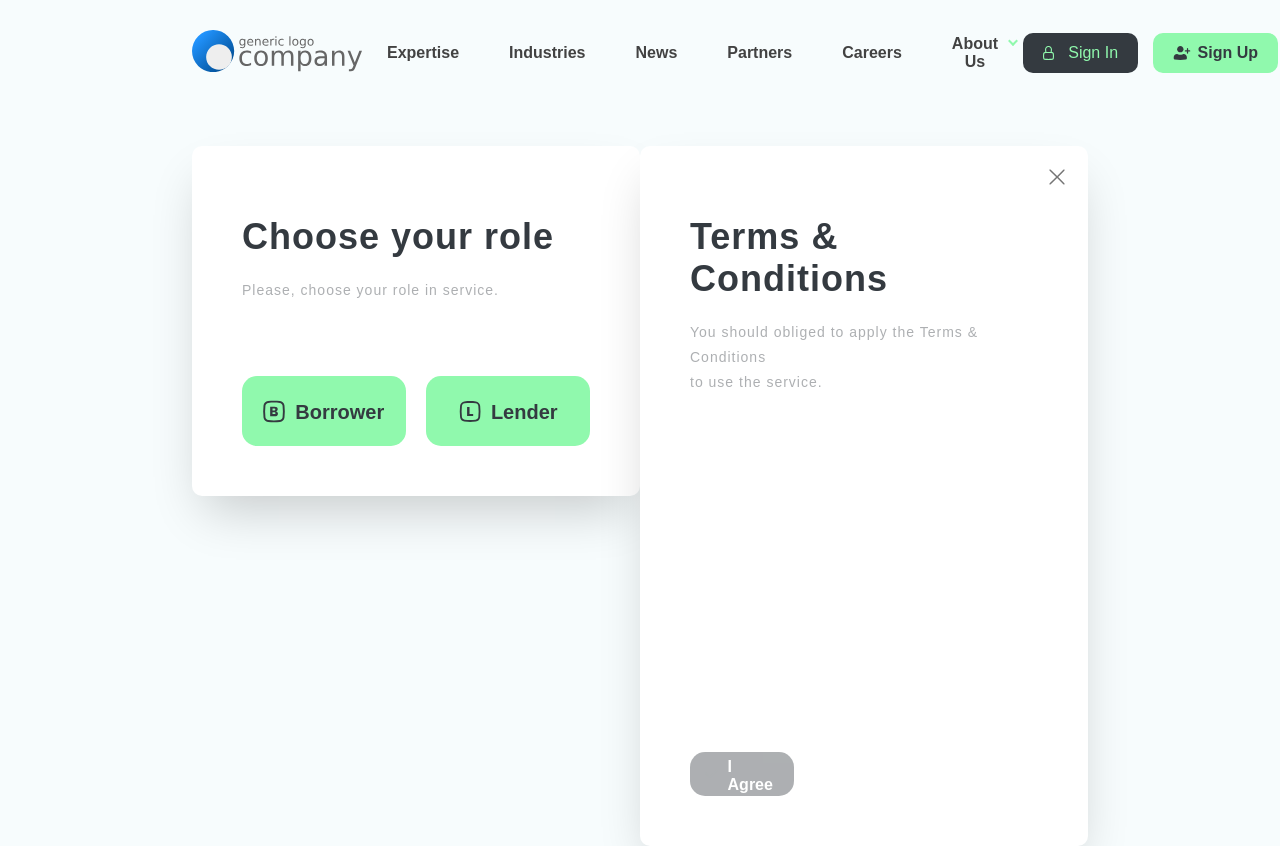
Repository: Andriy-Ma/widgetTask
Page: /
The author's editor kept a copy of each file at every save. The page is drawn from the files as they stood at one save, then again after the next save.
The browser window is 1280 px wide. The pictures show the whole page.
The page's requests for data from a server got no answer. Some web fonts or font styles are not loaded; a fallback is used. The project was rebuilt for these pictures with package versions that can differ from the ones it lists, and the page was loaded fresh each time. No one was signed in, and anything a server would have sent is missing. Also part of the build but not shown: src/components/Main/SelectedRoleForm/selectedRoleForm.module.css, src/components/Main/SelectedRoleForm/selectedRoleForm.jsx.

Above is the page before, as saved 2022-08-30 12:33:19.

### public/index.html
<!DOCTYPE html>
<html lang="en">
  <head>
    <meta charset="utf-8" />
    <link rel="icon" href="%PUBLIC_URL%/favicon.ico" />
    <link rel="stylesheet" href="https://use.typekit.net/clw7fgu.css">
    <meta name="viewport" content="width=device-width, initial-scale=1" />
    <meta name="theme-color" content="#000000" />
    <meta
      name="description"
      content="Web site created using create-react-app"
    />
    <link rel="apple-touch-icon" href="%PUBLIC_URL%/logo192.png" />
    <!--
      manifest.json provides metadata used when your web app is installed on a
      user's mobile device or desktop. See https://developers.google.com/web/fundamentals/web-app-manifest/
    -->
    <link rel="manifest" href="%PUBLIC_URL%/manifest.json" />
    <!--
      Notice the use of %PUBLIC_URL% in the tags above.
      It will be replaced with the URL of the `public` folder during the build.
      Only files inside the `public` folder can be referenced from the HTML.

      Unlike "/favicon.ico" or "favicon.ico", "%PUBLIC_URL%/favicon.ico" will
      work correctly both with client-side routing and a non-root public URL.
      Learn how to configure a non-root public URL by running `npm run build`.
    -->
    <title>React App</title>
  </head>
  <body>
    <noscript>You need to enable JavaScript to run this app.</noscript>
    <div id="root"></div>
    <!--
      This HTML file is a template.
      If you open it directly in the browser, you will see an empty page.

      You can add webfonts, meta tags, or analytics to this file.
      The build step will place the bundled scripts into the <body> tag.

      To begin the development, run `npm start` or `yarn start`.
      To create a production bundle, use `npm run build` or `yarn build`.
    -->
  </body>
</html>

### src/index.css
* {
  box-sizing: border-box;
  margin: 0;
  padding: 0;
}
body {
  font-family: 'Poppins', sans-serif;
  background-color: #f7fcfd;
  -webkit-font-smoothing: antialiased;
  -moz-osx-font-smoothing: grayscale;
}

### src/App.js
import React from 'react';
import styles from './App.module.css';
import Header from './components/Header/header';
import MainBlock from './components/Main/main';

function App() {
  return (
    <div className={styles.container}>
      <Header/>
      <MainBlock/>
    </div>
  );
}

export default App;

### src/App.module.css
.container {
    display: block;
    align-items: center;
    justify-content: center;
    padding-left: 15%;
    padding-right: 15%;
}

### src/components/Header/header.jsx
import React from 'react';
import Icon from './img/logo-generic';
import {ReactComponent as Lock} from './img/lock.svg';
import {ReactComponent as SignUp} from './img/signup.svg';
import styles from './header.module.css';

function Header() {
  return (
    <div className={styles.header}>
        <div className={styles.logo}>
          <a href="#home">
            <Icon/>
          </a>
        </div>
        <div className={styles.middleOfHeader}>
          <a href="#expertise">Expertise</a>
          <a href="#industries">Industries</a>
          <a href="#news">News</a>
          <a href="#partners">Partners</a>
          <a href="#careers">Careers</a>
          <a href="#aboutus" className={styles.aboutUs}>About Us</a>
        </div>
        <div className={styles.buttonsHeader}>
          <div className={styles.signin}>
            <Lock/>
            <p>Sign In</p>
          </div>
          <div className={styles.signup}>
            <SignUp/>
            <p>Sign Up</p>
          </div>
        </div>
    </div>
  )
}

export default Header;

### src/components/Main/main.jsx
import React,{useState} from 'react';
import ChooseForm from './ChooseForm/chooseForm';
import styles from './main.module.css';
import SelectedRoleForm from './SelectedRoleForm/selectedRoleForm';

function MainBlock() {

  const [selectedRole, setSelectedRole] = useState('');

  return (
    <div className={styles.container}>
        {
          !selectedRole ? <ChooseForm getRole={setSelectedRole}/> : <SelectedRoleForm role={selectedRole} getRole={setSelectedRole}/>
        }
    </div>
  )
}

export default MainBlock;

### src/components/Header/img/logo-generic.jsx
import React from "react";

function Icon() {
  return (
    <svg
      xmlns="http://www.w3.org/2000/svg"
      version="1.1"
      viewBox="0 0 1425.8 353.74"
    >
      <defs>
        <linearGradient
          id="linearGradient5311"
          x1="-467.57"
          x2="-469.87"
          y1="-68.973"
          y2="488.43"
          gradientUnits="userSpaceOnUse"
        >
          <stop offset="0" stopColor="#2294fe"></stop>
          <stop offset="1" stopColor="#014f96"></stop>
        </linearGradient>
      </defs>
      <g transform="translate(364.43 8.482)">
        <g>
          <g fill="#666" transform="translate(-14.426 -21.336)">
            <path d="M145.49 192.37v19.095c-5.773-3.182-11.583-5.55-17.43-7.105a64.331 64.331 0 00-17.541-2.443c-13.248 0-23.536 4.22-30.863 12.657-7.327 8.363-10.991 20.13-10.991 35.304 0 15.172 3.663 26.977 10.991 35.415 7.327 8.363 17.615 12.545 30.863 12.545 5.92 0 11.768-.778 17.541-2.332 5.847-1.628 11.657-4.033 17.43-7.216v18.873a83.693 83.693 0 01-17.763 5.995c-6.07 1.332-12.545 1.998-19.428 1.998-18.725 0-33.601-5.884-44.629-17.652s-16.542-27.643-16.542-47.627c0-20.279 5.55-36.229 16.653-47.849 11.176-11.62 26.459-17.43 45.85-17.43 6.29 0 12.434.666 18.429 1.999a81.647 81.647 0 0117.43 5.772"></path>
            <path d="M228.98 201.92c-10.954 0-19.613 4.293-25.978 12.878-6.365 8.511-9.548 20.205-9.548 35.082 0 14.876 3.146 26.607 9.437 35.193 6.365 8.511 15.061 12.767 26.089 12.767 10.88 0 19.502-4.293 25.867-12.878 6.365-8.585 9.547-20.279 9.547-35.082 0-14.728-3.182-26.385-9.547-34.971-6.365-8.66-14.987-12.989-25.867-12.989m0-17.319c17.763 0 31.714 5.773 41.854 17.319s15.209 27.532 15.209 47.96c0 20.353-5.07 36.34-15.209 47.96-10.14 11.546-24.091 17.319-41.854 17.319-17.837 0-31.825-5.773-41.965-17.319-10.066-11.62-15.098-27.606-15.098-47.96 0-20.427 5.033-36.414 15.098-47.96 10.14-11.546 24.128-17.319 41.965-17.319"></path>
            <path d="M416.6 211.46c5.107-9.177 11.213-15.949 18.318-20.316 7.105-4.367 15.468-6.55 25.09-6.55 12.952 0 22.943 4.552 29.975 13.655 7.03 9.03 10.546 21.908 10.547 38.634v75.048h-20.538v-74.382c0-11.916-2.11-20.76-6.328-26.533-4.219-5.773-10.658-8.66-19.317-8.66-10.584 0-18.947 3.516-25.09 10.548-6.143 7.03-9.215 16.616-9.214 28.754v70.274h-20.538V237.55c0-11.99-2.11-20.834-6.328-26.533-4.22-5.773-10.732-8.66-19.54-8.66-10.435 0-18.724 3.553-24.867 10.658-6.143 7.031-9.215 16.58-9.215 28.643v70.274h-20.538v-124.34h20.538v19.317c4.663-7.623 10.251-13.248 16.764-16.875 6.513-3.626 14.247-5.44 23.203-5.44 9.03 0 16.69 2.295 22.981 6.883 6.365 4.59 11.065 11.25 14.099 19.983"></path>
            <path d="M560.7 293.28v65.945h-20.538v-171.63H560.7v18.873c4.293-7.401 9.695-12.878 16.209-16.431 6.587-3.627 14.432-5.44 23.536-5.44 15.098 0 27.347 5.995 36.747 17.985 9.473 11.99 14.21 27.755 14.21 47.294 0 19.54-4.737 35.304-14.21 47.294-9.4 11.99-21.649 17.985-36.747 17.985-9.104 0-16.949-1.776-23.536-5.329-6.513-3.626-11.916-9.14-16.209-16.542m69.497-43.408c0-15.024-3.109-26.792-9.326-35.304-6.143-8.585-14.617-12.878-25.423-12.878-10.806 0-19.317 4.293-25.534 12.878-6.143 8.512-9.214 20.28-9.214 35.304 0 15.024 3.071 26.83 9.214 35.415 6.217 8.512 14.728 12.767 25.534 12.767s19.28-4.255 25.423-12.767c6.217-8.585 9.326-20.39 9.326-35.415"></path>
            <path d="M741.77 249.43c-16.505 0-27.94 1.887-34.304 5.662-6.365 3.775-9.548 10.214-9.547 19.317 0 7.253 2.368 13.026 7.105 17.319 4.81 4.219 11.324 6.328 19.539 6.328 11.324 0 20.39-3.997 27.199-11.99 6.883-8.067 10.325-18.762 10.325-32.084v-4.552H741.77m40.744-8.437v70.94h-20.427V293.06c-4.663 7.549-10.473 13.137-17.43 16.764-6.958 3.552-15.47 5.329-25.534 5.329-12.73 0-22.87-3.553-30.42-10.658-7.475-7.18-11.212-16.764-11.212-28.754 0-13.988 4.662-24.535 13.988-31.64 9.4-7.106 23.388-10.658 41.965-10.658h28.643v-1.999c0-9.4-3.109-16.653-9.326-21.759-6.143-5.18-14.802-7.77-25.978-7.77-7.105 0-14.025.85-20.76 2.552-6.735 1.703-13.21 4.256-19.428 7.66v-18.872c7.475-2.887 14.728-5.033 21.76-6.44 7.03-1.48 13.876-2.22 20.537-2.22 17.985 0 31.418 4.663 40.3 13.988 8.88 9.326 13.321 23.462 13.321 42.41"></path>
            <path d="M928.5 236.89v75.048h-20.427v-74.382c0-11.768-2.295-20.575-6.883-26.422-4.589-5.847-11.472-8.77-20.65-8.77-11.027 0-19.723 3.515-26.088 10.547-6.365 7.03-9.548 16.616-9.548 28.754v70.274h-20.538v-124.34h20.538v19.317c4.885-7.476 10.621-13.063 17.208-16.764 6.661-3.7 14.321-5.551 22.981-5.551 14.284 0 25.09 4.44 32.417 13.322 7.327 8.807 10.991 21.797 10.991 38.967"></path>
            <path d="M1021.2 323.48c-5.773 14.802-11.398 24.461-16.875 28.976-5.477 4.515-12.804 6.772-21.981 6.772h-16.32v-17.097h11.99c5.625 0 9.992-1.332 13.1-3.996s6.55-8.956 10.325-18.873l3.664-9.326-50.291-122.34h21.648l38.856 97.252 38.856-97.252h21.648l-54.621 135.89"></path>
          </g>
          <g fill="#666" transform="translate(-416.34 -21.336)">
            <path d="M489.95 115.06c0-6.675-1.385-11.848-4.155-15.519-2.737-3.671-6.592-5.507-11.564-5.507-4.94 0-8.794 1.836-11.564 5.507-2.737 3.671-4.105 8.844-4.105 15.519 0 6.642 1.368 11.798 4.105 15.469 2.77 3.671 6.625 5.507 11.564 5.507 4.973 0 8.827-1.836 11.564-5.507 2.77-3.671 4.155-8.828 4.155-15.469m9.211 21.727c0 9.545-2.119 16.637-6.357 21.276-4.24 4.672-10.73 7.009-19.474 7.009-3.238 0-6.292-.25-9.162-.751a44.69 44.69 0 01-8.36-2.203v-8.961c2.703 1.468 5.373 2.553 8.01 3.254 2.636.7 5.323 1.051 8.06 1.051 6.04 0 10.563-1.585 13.567-4.756 3.004-3.137 4.505-7.893 4.505-14.268v-4.555c-1.902 3.304-4.338 5.774-7.309 7.409-2.97 1.635-6.524 2.453-10.663 2.453-6.875 0-12.415-2.62-16.62-7.86-4.206-5.24-6.308-12.182-6.308-20.826 0-8.677 2.102-15.636 6.307-20.876 4.206-5.24 9.746-7.86 16.621-7.86 4.139 0 7.693.818 10.663 2.454 2.97 1.635 5.407 4.105 7.31 7.409v-8.51h9.21v49.11"></path>
            <path d="M566.09 113.41v4.506h-42.352c.4 6.34 2.303 11.18 5.707 14.518 3.438 3.304 8.21 4.956 14.318 4.956 3.538 0 6.959-.434 10.263-1.302 3.337-.868 6.642-2.17 9.912-3.905v8.711a55.24 55.24 0 01-10.163 3.204 50.9 50.9 0 01-10.563 1.102c-8.944 0-16.037-2.604-21.276-7.81-5.206-5.207-7.81-12.248-7.81-21.126 0-9.178 2.47-16.454 7.41-21.827 4.973-5.407 11.664-8.11 20.075-8.11 7.542 0 13.5 2.436 17.872 7.309 4.405 4.84 6.608 11.43 6.608 19.774m-9.211-2.703c-.067-5.04-1.486-9.062-4.256-12.065-2.736-3.004-6.374-4.506-10.914-4.506-5.14 0-9.261 1.452-12.365 4.355-3.07 2.904-4.839 6.992-5.306 12.265l32.84-.05"></path>
            <path d="M627.62 109.9v33.842h-9.211v-33.541c0-5.306-1.035-9.278-3.104-11.915-2.07-2.636-5.173-3.955-9.312-3.955-4.973 0-8.894 1.585-11.765 4.756-2.87 3.17-4.305 7.493-4.305 12.966v31.689h-9.261V87.673h9.261v8.71c2.203-3.37 4.79-5.89 7.76-7.558 3.003-1.67 6.458-2.503 10.363-2.504 6.44 0 11.314 2.003 14.618 6.008 3.304 3.971 4.956 9.829 4.956 17.572"></path>
            <path d="M694.05 113.41v4.506h-42.352c.4 6.34 2.303 11.18 5.707 14.518 3.438 3.304 8.21 4.956 14.318 4.956 3.538 0 6.959-.434 10.263-1.302 3.337-.868 6.642-2.17 9.912-3.905v8.711a55.24 55.24 0 01-10.163 3.204 50.9 50.9 0 01-10.563 1.102c-8.944 0-16.037-2.604-21.276-7.81-5.206-5.207-7.81-12.248-7.81-21.126 0-9.178 2.47-16.454 7.41-21.827 4.973-5.407 11.664-8.11 20.075-8.11 7.543 0 13.5 2.436 17.872 7.309 4.405 4.84 6.608 11.43 6.608 19.774m-9.211-2.703c-.067-5.04-1.486-9.062-4.256-12.065-2.736-3.004-6.374-4.506-10.913-4.506-5.14 0-9.261 1.452-12.365 4.355-3.07 2.904-4.839 6.992-5.306 12.265l32.84-.05"></path>
            <path d="M741.46 96.286a11.624 11.624 0 00-3.404-1.302c-1.202-.3-2.537-.45-4.005-.45-5.207 0-9.212 1.702-12.015 5.106-2.77 3.371-4.155 8.227-4.155 14.568v29.537h-9.262V87.676h9.262v8.71c1.935-3.403 4.455-5.923 7.56-7.558 3.103-1.67 6.874-2.503 11.313-2.503.634 0 1.335.05 2.103.15.767.067 1.618.183 2.553.35l.05 9.462"></path>
            <path d="M751.22 87.676h9.211v56.069h-9.211V87.676m0-21.827h9.211v11.664h-9.211V65.849"></path>
            <path d="M820.01 89.828v8.61c-2.603-1.434-5.223-2.502-7.86-3.203a29.012 29.012 0 00-7.91-1.102c-5.974 0-10.613 1.903-13.917 5.707-3.304 3.772-4.956 9.078-4.956 15.92 0 6.842 1.652 12.165 4.957 15.97 3.304 3.772 7.943 5.657 13.917 5.657 2.67 0 5.306-.35 7.91-1.051 2.636-.734 5.256-1.819 7.859-3.254v8.51a37.736 37.736 0 01-8.01 2.704c-2.737.6-5.657.9-8.76.9-8.445 0-15.153-2.652-20.126-7.959-4.973-5.306-7.459-12.465-7.459-21.477 0-9.144 2.503-16.337 7.51-21.577 5.039-5.24 11.93-7.86 20.675-7.86 2.837 0 5.607.3 8.31.902a36.82 36.82 0 017.86 2.603"></path>
            <path d="M868.57 65.849h9.211v77.896h-9.211V65.849"></path>
            <path d="M918.73 94.134c-4.94 0-8.844 1.936-11.714 5.807-2.87 3.838-4.305 9.111-4.305 15.82s1.418 11.998 4.255 15.87c2.87 3.838 6.792 5.757 11.765 5.757 4.906 0 8.794-1.935 11.664-5.807 2.87-3.871 4.305-9.144 4.305-15.82 0-6.641-1.435-11.898-4.305-15.769-2.87-3.905-6.758-5.857-11.664-5.857m0-7.81c8.01 0 14.301 2.604 18.873 7.81 4.572 5.206 6.858 12.415 6.859 21.627 0 9.178-2.287 16.387-6.859 21.627-4.572 5.206-10.863 7.81-18.873 7.81-8.043 0-14.351-2.604-18.923-7.81-4.539-5.24-6.808-12.45-6.808-21.627 0-9.211 2.27-16.42 6.808-21.627 4.572-5.206 10.88-7.81 18.923-7.81"></path>
            <path d="M996.58 115.06c0-6.675-1.385-11.848-4.155-15.519-2.737-3.671-6.592-5.507-11.564-5.507-4.94 0-8.794 1.836-11.564 5.507-2.737 3.671-4.105 8.844-4.105 15.519 0 6.642 1.368 11.798 4.105 15.469 2.77 3.671 6.625 5.507 11.564 5.507 4.973 0 8.828-1.836 11.564-5.507 2.77-3.671 4.155-8.828 4.155-15.469m9.211 21.727c0 9.545-2.119 16.637-6.357 21.276-4.24 4.672-10.73 7.009-19.474 7.009-3.238 0-6.292-.25-9.162-.751a44.69 44.69 0 01-8.36-2.203v-8.961c2.703 1.468 5.373 2.553 8.01 3.254 2.636.7 5.323 1.051 8.06 1.051 6.04 0 10.563-1.585 13.567-4.756 3.003-3.137 4.505-7.893 4.505-14.268v-4.555c-1.902 3.304-4.338 5.774-7.309 7.409-2.97 1.635-6.524 2.453-10.663 2.453-6.875 0-12.415-2.62-16.62-7.86-4.206-5.24-6.308-12.182-6.308-20.826 0-8.677 2.102-15.636 6.307-20.876 4.206-5.24 9.746-7.86 16.621-7.86 4.139 0 7.693.818 10.663 2.454 2.97 1.635 5.407 4.105 7.31 7.409v-8.51h9.21v49.11"></path>
            <path d="M1046.5 94.134c-4.94 0-8.844 1.936-11.714 5.807-2.87 3.838-4.305 9.111-4.305 15.82s1.418 11.998 4.255 15.87c2.87 3.838 6.792 5.757 11.765 5.757 4.906 0 8.794-1.935 11.664-5.807 2.87-3.871 4.305-9.144 4.305-15.82 0-6.641-1.435-11.898-4.305-15.769-2.87-3.905-6.758-5.857-11.664-5.857m0-7.81c8.01 0 14.3 2.604 18.873 7.81 4.572 5.206 6.858 12.415 6.858 21.627 0 9.178-2.286 16.387-6.858 21.627-4.572 5.206-10.864 7.81-18.873 7.81-8.043 0-14.351-2.604-18.924-7.81-4.539-5.24-6.808-12.45-6.808-21.627 0-9.211 2.269-16.42 6.808-21.627 4.572-5.206 10.88-7.81 18.924-7.81"></path>
          </g>
          <g transform="rotate(-45 269.773 885.347) scale(.61927)">
            <path
              fill="url(#linearGradient5311)"
              d="M-184.26 202.82c0 157.74-127.87 285.61-285.61 285.61s-285.61-127.87-285.61-285.61S-627.61-82.79-469.87-82.79s285.61 127.87 285.61 285.61z"
              transform="translate(1202 -114.01)"
            ></path>
            <path
              fill="#eee"
              d="M-184.26 202.82c0 157.74-127.87 285.61-285.61 285.61s-285.61-127.87-285.61-285.61S-627.61-82.79-469.87-82.79s285.61 127.87 285.61 285.61z"
              transform="translate(1018.2 79.03) scale(.60887)"
            ></path>
          </g>
        </g>
      </g>
    </svg>
  );
}

export default Icon;

### src/components/Header/header.module.css
.logo {
    display: block;
    min-width: 170px;
}
.header {
    display: flex;
    justify-content: space-between;
    align-items: center;
    padding-top: 30px;
    min-width: 1000px;
}
.middleOfHeader {
    display: flex;
    justify-content: space-between;
    align-items: center;
    text-decoration: none;
}
.middleOfHeader a {
    display: block;
    color: #424242;
    text-align: center;
    padding: 0px 25px;
    text-decoration: none;
    font-size: 16px;
    font-weight: 600;
}
.middleOfHeader a:hover {
    color: #1b1a1a;
}
.aboutUs{
    position: relative;
}
.aboutUs::after{
    content: '';
    border-left: 2px solid #90F9AD;
    border-top: 2px solid #90F9AD;
    width: 5px;
    height: 5px;
    float: right;
    transform: translate(50%, -50%) rotate(-135deg);
    position: absolute;
    top: 6px;
    right: 10px;
}
.buttonsHeader {
    display: flex;
    justify-content: space-between;
    align-items: center;
}
.buttonsHeader:hover {
    cursor: pointer;
}
.signin {
    display: flex;
    justify-content: space-between;
    align-items: center;
    color: #90F9AD;
    background-color: #343A40;
    font-weight: 500;
    padding: 0px 20px;
    border-radius: 10px;
    width: 115px;
    height: 40px;
    margin-right: 15px;
}
.signin:hover {
    background-color: #252a2e;
}
.signup {
    display: flex;
    justify-content: space-between;
    align-items: center;
    color: #343A40;
    background-color: #90F9AD;
    font-weight: 600;
    padding: 0px 20px;
    border-radius: 10px;
    width: 125px;
    height: 40px;
}
.signup:hover {
    background-color: #3df370;
}

### src/components/Main/ChooseForm/chooseForm.jsx
import React, { useEffect, useState } from 'react';
import styles from './chooseForm.module.css';
import {ReactComponent as Borrower} from '../img/borrower.svg';
import {ReactComponent as Lender} from '../img/lender.svg';
import {ReactComponent as Close} from '../img/close.svg';
import {ReactComponent as Checkmark} from '../img/checkmark.svg';

const roles = ['Borrower', 'Lender'];

function ChooseForm({getRole}) {

  const [initialText, setInitialText] = useState('');

  const handleScroll = event => {
    console.log('scrollTop: ', event.currentTarget.scrollTop);
    console.log('offsetHeight: ', event.currentTarget.offsetHeight);
    console.log(Math.max(event.currentTarget.scrollTop));
  };

  useEffect(() => {
    fetch('https://60c74df306f3160017d29000.mockapi.io/api/v1/tossource')
    .then((response) => {
      return response.json();
    })
    .then((data) => {
      const text = data.map(lorem => lorem.text);
      setInitialText(text[0]);
    });
  },[]);

  return (
    <>
    <div className={styles.form}>
      <div>
        <p className={styles.mainText}>Choose your role</p>
        <p className={styles.underText}>Please, choose your role in service.</p>
      </div>
      <div className={styles.buttonsChooseForm}>
      {
        roles.map(role =>
            <div className={styles.role} key={role} onClick={() => getRole(role)}>
              {role === 'Borrower' ? <Borrower/> : <Lender/>}
              <p className={styles.buttonText}>{role}</p>
            </div>
        )
      }
      </div>
    </div>
    <div className={styles.agreeForm}>
      <Close className={styles.closeButton}/>
      <div>
        <p className={styles.mainText}>Terms & Conditions</p>
        <p className={styles.underText}>You should obliged to apply the Terms & Conditions <p> to use the service.</p></p>
      </div>
      <div dangerouslySetInnerHTML={{__html: initialText}} className={styles.scrollText} onScroll={handleScroll}/>
      <div className={styles.check} >
        <Checkmark/>
        <p className={styles.checkText}>I Agree</p>
      </div>
    </div>
    </>
  )
}

export default ChooseForm;

### src/components/Main/main.module.css
.container{
    width: 100%;
    display: flex;
    justify-content: center;
}

### src/components/Main/ChooseForm/chooseForm.module.css
.form{
    width: 600px;
    height: 350px;
    padding: 50px;
    background-color: #fff;
    margin-top: 70px;
    border-radius: 10px;
    box-shadow: 0px 25px 49px -12px rgba(0,0,0,0.2);
    display: flex;
    flex-direction: column;
    justify-content: space-between;
}
.agreeForm{
    width: 600px;
    height: 700px;
    padding: 50px;
    background-color: #fff;
    margin-top: 70px;
    border-radius: 10px;
    box-shadow: 0px 25px 49px -12px rgba(0,0,0,0.2);
    display: flex;
    flex-direction: column;
    position: relative;
}
.mainText{
    margin-top: 20px;
    font-size: 36px;
    font-weight: 800;
    color: #343A40;
    letter-spacing: 1px;
}
.underText{
    margin-top: 20px;
    font-size: 14px;
    font-weight: 500;
    color: #343A40;
    opacity: .4;
    letter-spacing: 1px;
    line-height: 25px;
}
.buttonsChooseForm {
    display: flex;
    justify-content: space-between;
    align-items: center;
    font-size: 20px;
}
.buttonsChooseForm:hover {
    cursor: pointer;
}
.role {
    display: flex;
    justify-content: center;
    align-items: center;
    color: #343A40;
    background-color: #90F9AD;
    font-weight: 800;
    padding: 0px 20px;
    border-radius: 15px;
    width: 47%;
    height: 70px;
}
.role:hover {
    background-color: #3df370;
}
.buttonText{
    padding-top: 3px;
    padding-left: 10px;
}
.check {
    display: flex;
    justify-content: center;
    align-items: center;
    color: #fff;
    background-color: #343A40;
    opacity: .4;
    font-weight: 800;
    padding: 0px 15px;
    margin-top: 50px;
    border-radius: 15px;
    width: 30%;
    height: 60px;
}
.check:hover {
    background-color: #3df370;
}
.checkActive {
    display: flex;
    justify-content: center;
    align-items: center;
    color: #343A40;
    background-color: #90F9AD;
    font-weight: 800;
    padding: 0px 15px;
    margin-top: 50px;
    border-radius: 15px;
    width: 30%;
    height: 60px;
}
.checkActive:hover {
    background-color: #3df370;
}
.checkText{
    padding-top: 3px;
    padding-left: 10px;
}
.cancelButton{
    display: flex;
    justify-content: center;
    align-items: center;
    color: #343A40;
    background-color: #f2f2f2a9;
    font-weight: 800;
    padding: 0px 20px;
    border-radius: 15px;
    width: 30%;
    height: 70px;
}
.closeButton{
    position: absolute;
    top: 25px;
    right: 25px;
    transform: scale(1.3);
}
.closeButton:hover{
    fill: rgb(185, 36, 36);
    cursor: pointer;
}
.scrollText{
    height: 350px;
    margin-top: 50px;
    overflow-Y: auto;
    padding-right: 20px;
    width: '100%';
}
.scrollText::-webkit-scrollbar{
    width: 5px;
}
.scrollText::-webkit-scrollbar-thumb{
    background: #90F9AD;
    border-radius: 5px;
}
.scrollText::-webkit-scrollbar-thumb:hover{
    background: #3df370;

}

Loaded but not shown: src/index.js (common file)

After the next save:
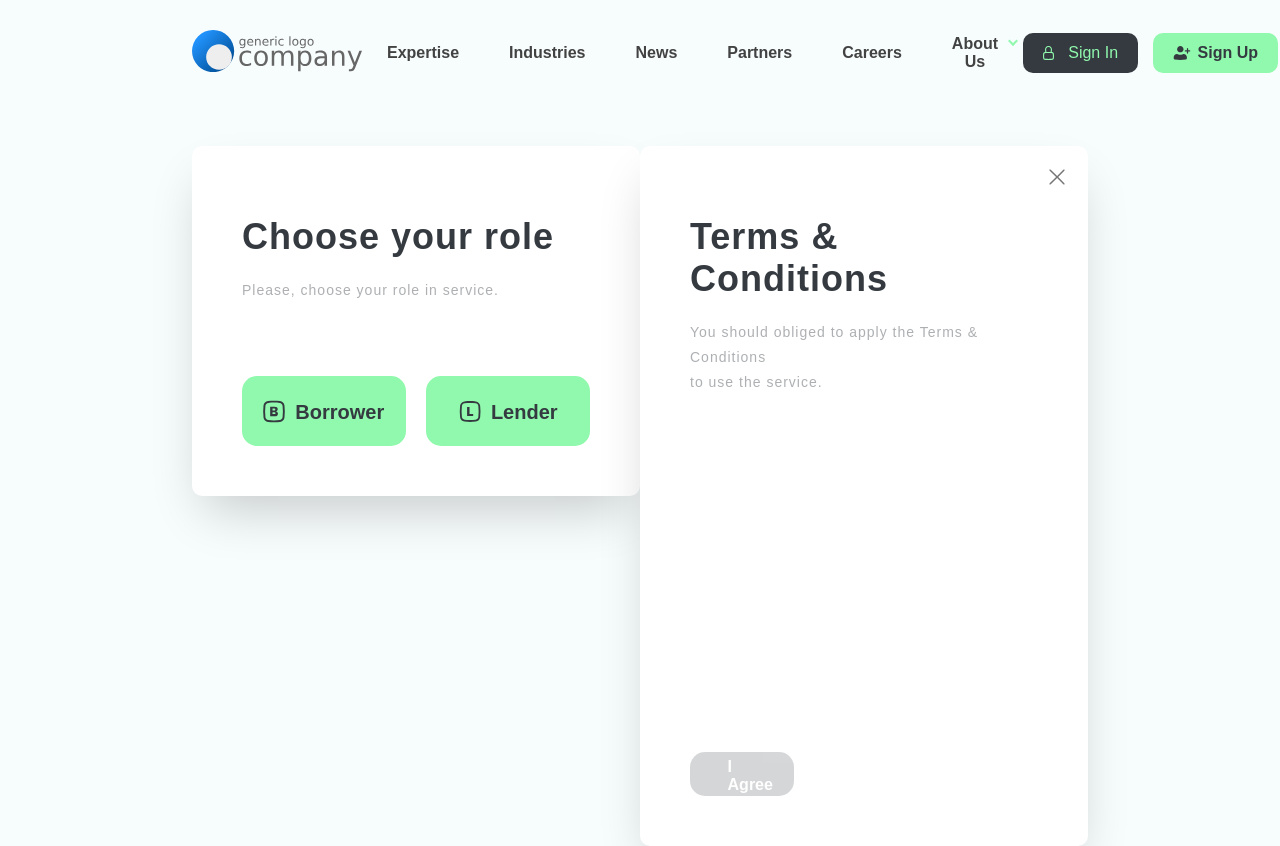
Saved 16 s later.
--- a/src/components/Main/ChooseForm/chooseForm.module.css
+++ b/src/components/Main/ChooseForm/chooseForm.module.css
@@ -72,7 +72,7 @@
     align-items: center;
     color: #fff;
     background-color: #343A40;
-    opacity: .4;
+    opacity: .2;
     font-weight: 800;
     padding: 0px 15px;
     margin-top: 50px;
